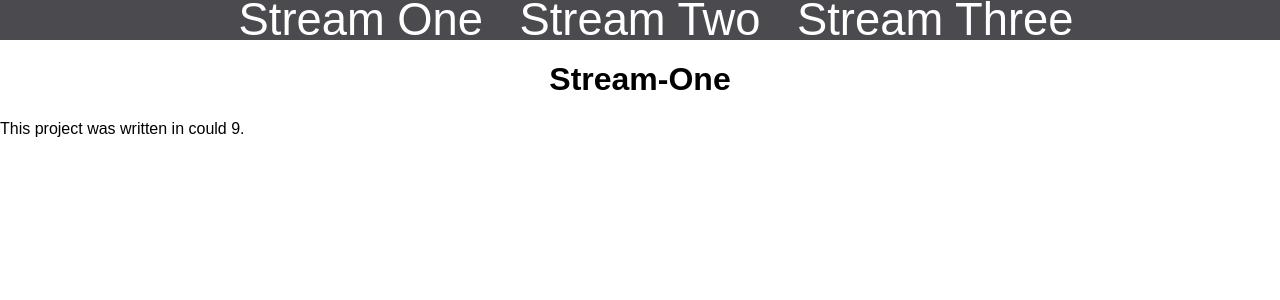
Repository: lolalongo11/my-first-website
Page: Stream-three.html
The author's editor kept a record of every edit. The page is drawn from the files as they stood at one moment, then again after the next edit.
The browser window is 1280 px wide. The pictures show the whole page.

Above is the page before.

After the next edit:
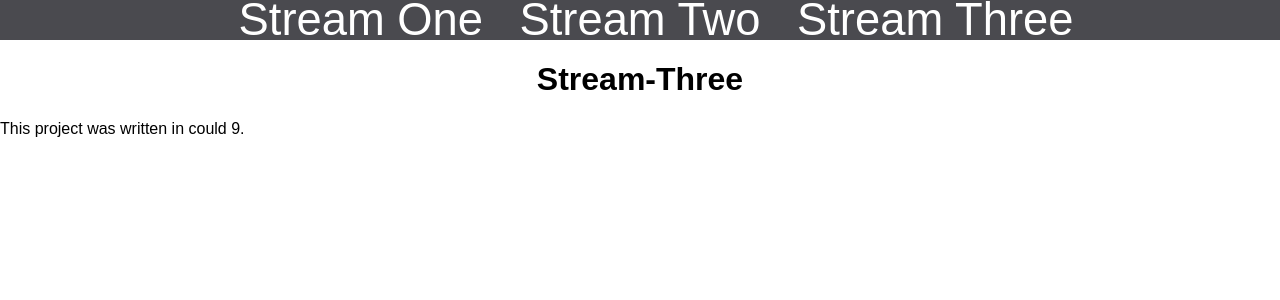
The edit:
--- a/Stream-three.html
+++ b/Stream-three.html
@@ -11,7 +11,7 @@
                     <li><a href="stream-three.html">Stream Three</a></li>
             </ul>
         </nav>
-        <h1>Stream-One</h1>
+        <h1>Stream-Three</h1>
         <p>
             This project was written in could 9.
         </p>
